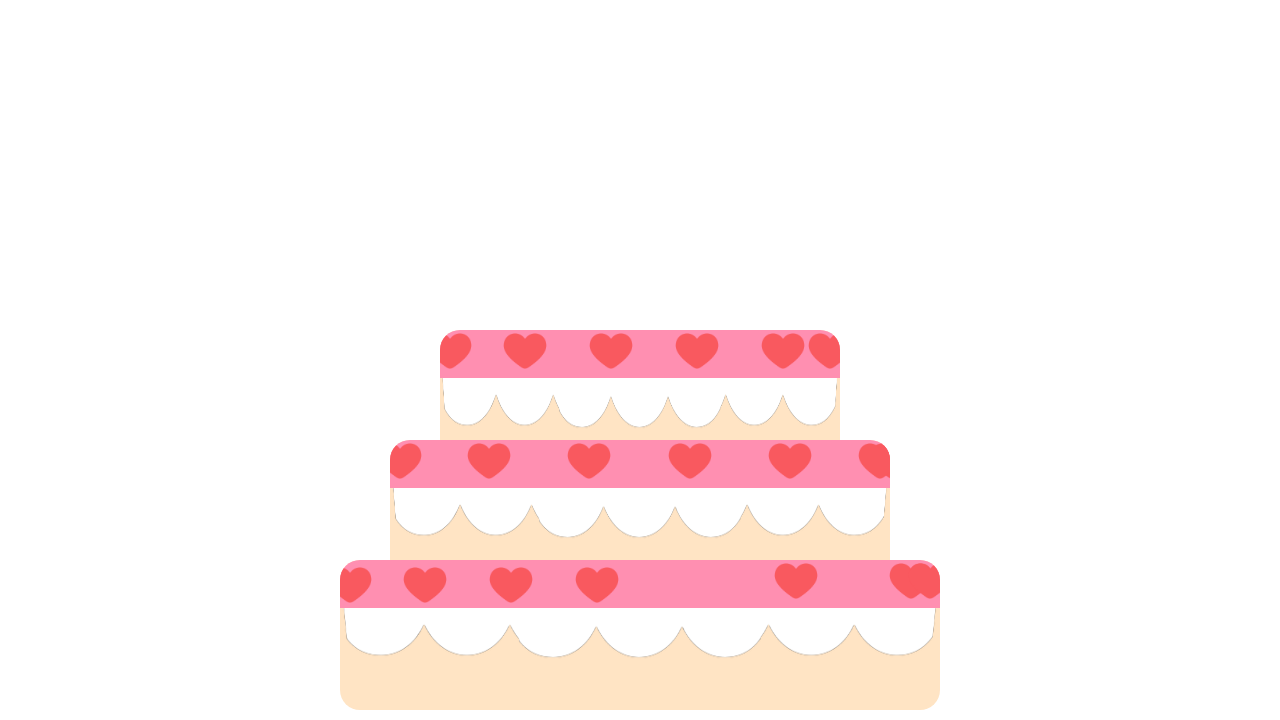
Repository: iphoneboy46/happybirthday
Page: index.html
These files come from the project's save history. The page is drawn as it stood at one moment and after a run of saves; the edit follows.
The browser window is 1280 px wide. The pictures show the whole page.

Above is the page before, as saved 2022-11-28 15:27:42.

### index.html
<!DOCTYPE html>
<html lang="en">
  <head>
    <meta charset="UTF-8" />
    <meta http-equiv="X-UA-Compatible" content="IE=edge" />
    <meta name="viewport" content="width=device-width, initial-scale=1.0" />
    <title>Happy Birthday</title>
    <link rel="stylesheet" href="style.css" />
  </head>
  <body>
    <div class="container">
      <div class="cake">
        <div class="top--cake">
          <div class="img-wavy">
            <img src="image/img1.png" alt="" />
          </div>

          <div class="img-heart-1--top">
            <img src="image/heart.png" alt="" />
          </div>
          <div class="img-heart-2--top">
            <img src="image/heart.png" alt="" />
          </div>
          <div class="img-heart-3--top">
            <img src="image/heart.png" alt="" />
          </div>
          <div class="img-heart-4--top">
            <img src="image/heart.png" alt="" />
          </div>
          <div class="img-heart-5--top">
            <img src="image/heart.png" alt="" />
          </div>
          <div class="img-heart-6--top">
            <img src="image/heart.png" alt="" />
          </div>
          <div class="img-heart-7--top">
            <img src="image/heart.png" alt="" />
          </div>
          <div class="img-heart-8--top">
            <img src="image/heart.png" alt="" />
          </div>

          <div class="border-cake"></div>
        </div>
        <div class="center--cake">
          <div class="img-wavy">
            <img src="image/img1.png" alt="" />
          </div>
          <div class="img-heart-1--center">
            <img src="image/heart.png" alt="" />
          </div>
          <div class="img-heart-2--center">
            <img src="image/heart.png" alt="" />
          </div>
          <div class="img-heart-3--center">
            <img src="image/heart.png" alt="" />
          </div>
          <div class="img-heart-4--center">
            <img src="image/heart.png" alt="" />
          </div>
          <div class="img-heart-5--center">
            <img src="image/heart.png" alt="" />
          </div>
          <div class="img-heart-6--center">
            <img src="image/heart.png" alt="" />
          </div>
          <div class="img-heart-7--center">
            <img src="image/heart.png" alt="" />
          </div>
          <div class="img-heart-8--center">
            <img src="image/heart.png" alt="" />
          </div>

          <div class="border-cake"></div>
        </div>
        <div class="bottom--cake">
          <div class="img-wavy">
            <img src="image/img1.png" alt="" />
          </div>

          <div class="img-heart-1">
            <img src="image/heart.png" alt="" />
          </div>
          <div class="img-heart-2">
            <img src="image/heart.png" alt="" />
          </div>
          <div class="img-heart-3">
            <img src="image/heart.png" alt="" />
          </div>
          <div class="img-heart-4">
            <img src="image/heart.png" alt="" />
          </div>
          <div class="img-heart-5">
            <img src="image/heart.png" alt="" />
          </div>
          <div class="img-heart-6">
            <img src="image/heart.png" alt="" />
          </div>
          <div class="img-heart-7">
            <img src="image/heart.png" alt="" />
          </div>
          <div class="img-heart-8">
            <img src="image/heart.png" alt="" />
          </div>

          <div class="border-cake"></div>
        </div>
      </div>
    </div>
  </body>
</html>

### style.css
*{
    padding: 0;
    margin: 0;
    box-sizing: border-box;
}

.container{
   width: 100%;

   height: 100vh;
   display: flex;
   justify-content: center;
   align-items: flex-end;
}

.cake{
    display: flex;
    flex-direction: column;
    justify-content:center;
    align-items:center
}


.top--cake{
    position: relative;
    overflow: hidden;
    width: 400px;
    height:110px;
    background-color: bisque;
    border-top-left-radius:20px;
    border-top-right-radius:20px;

}



.center--cake{
    position: relative;
    overflow: hidden;
    width: 500px;
    height:120px;
    background-color: bisque;
    border-top-left-radius:20px;
    border-top-right-radius:20px;

}


.bottom--cake{
    position: relative;
    overflow: hidden;
    width: 600px;
    height:150px;
    background-color: bisque;
    border-radius:20px;
    margin-bottom: 10px;
}



.img-wavy{
    width: 100%;
    height: 100px;
}

.img-wavy img{
    width: 100%;
    height: 100%;
}

.img-heart-1{
    z-index: 3;
    position: absolute;
    top: 0px;
    left: -15px;
    width:50px;
    height:50px;
}


.img-heart-1 img{
    width: 100%;
    height: 100%;
}

.img-heart-2{
    z-index: 3;
    position: absolute;
    top: 0px;
    left: 60px;
    width:50px;
    height:50px;
}


.img-heart-2 img{
    width: 100%;
    height: 100%;
}


.img-heart-3{
    z-index: 3;
    position: absolute;
    top: 0px;
    left: 146px;
    width:50px;
    height:50px;
}


.img-heart-3 img{
    width: 100%;
    height: 100%;
}

.img-heart-4{
    z-index: 3;
    position: absolute;
    top: 0px;
    left: 232px;
    width:50px;
    height:50px;
}


.img-heart-4 img{
    width: 100%;
    height: 100%;
}

.img-heart-5{
    z-index: 3;
    position: absolute;
    top: -4px;
    left: 431px;
    width:50px;
    height:50px;
}


.img-heart-5 img{
    width: 100%;
    height: 100%;
}

.img-heart-6{
    z-index: 3;
    position: absolute;
    top: -4px;
    left: 546px;
    width:50px;
    height:50px;
}


.img-heart-6 img{
    width: 100%;
    height: 100%;
}

.img-heart-7{
    z-index: 3;
    position: absolute;
    top: -4px;
    left: 661px;
    width:50px;
    height:50px;
}


.img-heart-7 img{
    width: 100%;
    height: 100%;
}

.img-heart-8{
    z-index: 3;
    position: absolute;
    top: -4px;
    right: -15px;
    width:50px;
    height:50px;
}


.img-heart-8 img{
    width: 100%;
    height: 100%;
}



.border-cake{
    z-index: 2;
    position: absolute;
    top: 0;
    width: 100%;
    height: 48px;
    background-color: #FF8FB1;
}


.img-heart-1--center{
    z-index: 3;
    position: absolute;
    top: -4px;
    left: -15px;
    width:50px;
    height:50px;
}


.img-heart-1--center img{
    width: 100%;
    height: 100%;
}

.img-heart-2--center{
    z-index: 3;
    position: absolute;
    top: -4px;
    left: 74px;
    width:50px;
    height:50px;
}


.img-heart-2--center img{
    width: 100%;
    height: 100%;
}


.img-heart-3--center{
    z-index: 3;
    position: absolute;
    top: -4px;
    left: 174px;
    width:50px;
    height:50px;
}


.img-heart-3--center img{
    width: 100%;
    height: 100%;
}

.img-heart-4--center{
    z-index: 3;
    position: absolute;
    top: -4px;
    left: 275px;
    width:50px;
    height:50px;
}


.img-heart-4--center img{
    width: 100%;
    height: 100%;
}

.img-heart-5--center{
    z-index: 3;
    position: absolute;
    top: -4px;
    left: 375px;
    width:50px;
    height:50px;
}


.img-heart-5--center img{
    width: 100%;
    height: 100%;
}

.img-heart-6--center{
    z-index: 3;
    position: absolute;
    top: -4px;
    left: 477px;
    width:50px;
    height:50px;
}


.img-heart-6--center img{
    width: 100%;
    height: 100%;
}

.img-heart-7--center{
    z-index: 3;
    position: absolute;
    top: -4px;
    left: 577px;
    width:50px;
    height:50px;
}


.img-heart-7--center img{
    width: 100%;
    height: 100%;
}

.img-heart-8--center{
    z-index: 3;
    position: absolute;
    top: -4px;
    right: -15px;
    width:50px;
    height:50px;
}


.img-heart-8--center img{
    width: 100%;
    height: 100%;
}


.img-heart-1--top{
    z-index: 3;
    position: absolute;
    top: -4px;
    left: -15px;
    width:50px;
    height:50px;
}


.img-heart-1--top img{
    width: 100%;
    height: 100%;
}

.img-heart-2--top{
    z-index: 3;
    position: absolute;
    top: -4px;
    left: 60px;
    width:50px;
    height:50px;
}


.img-heart-2--top img{
    width: 100%;
    height: 100%;
}


.img-heart-3--top{
    z-index: 3;
    position: absolute;
    top: -4px;
    left: 146px;
    width:50px;
    height:50px;
}


.img-heart-3--top img{
    width: 100%;
    height: 100%;
}

.img-heart-4--top{
    z-index: 3;
    position: absolute;
    top: -4px;
    left: 232px;
    width:50px;
    height:50px;
}


.img-heart-4--top img{
    width: 100%;
    height: 100%;
}

.img-heart-5--top{
    z-index: 3;
    position: absolute;
    top: -4px;
    left: 318px;
    width:50px;
    height:50px;
}


.img-heart-5--top img{
    width: 100%;
    height: 100%;
}

.img-heart-6--top{
    z-index: 3;
    position: absolute;
    top: -4px;
    left: 406px;
    width:50px;
    height:50px;
}


.img-heart-6--top img{
    width: 100%;
    height: 100%;
}

.img-heart-7--top{
    z-index: 3;
    position: absolute;
    top: -4px;
    left: 492px;
    width:50px;
    height:50px;
}


.img-heart-7--top img{
    width: 100%;
    height: 100%;
}

.img-heart-8--top{
    z-index: 3;
    position: absolute;
    top: -4px;
    right: -15px;
    width:50px;
    height:50px;
}


.img-heart-8--top img{
    width: 100%;
    height: 100%;
}

After the next 2 saves:
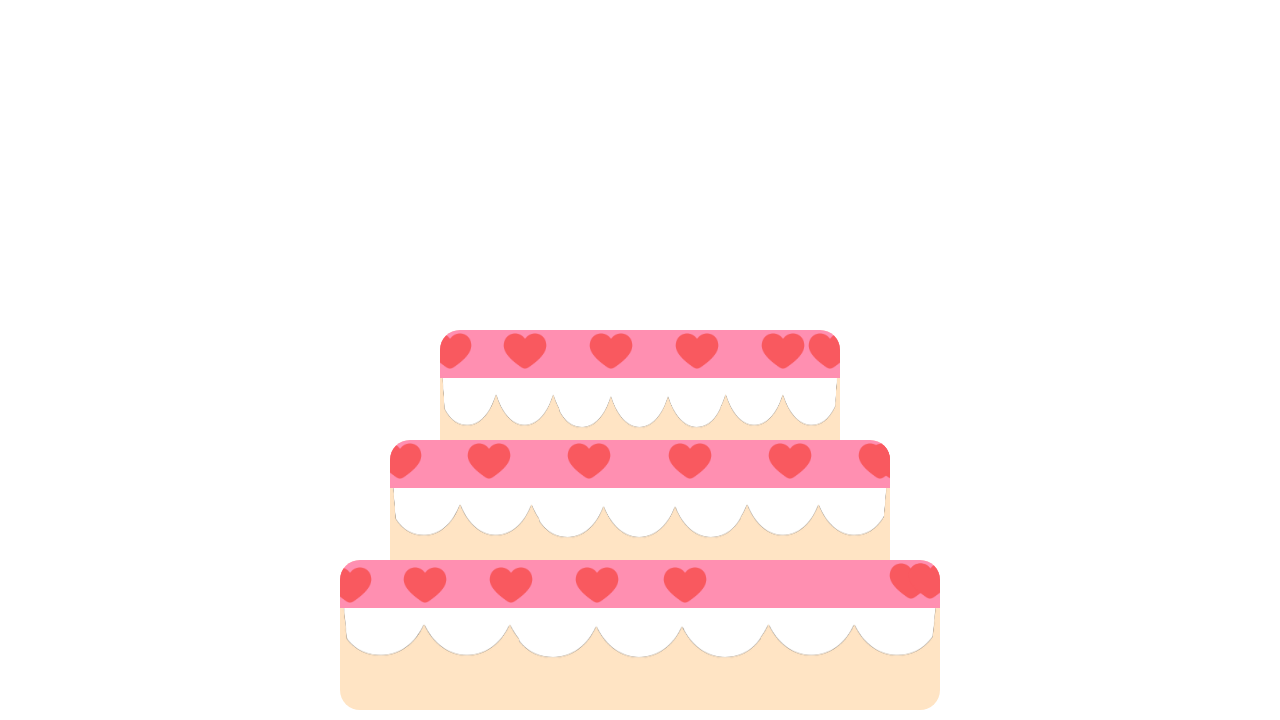
The 2 saves are shown as one change because they came seconds apart.
The last was saved 29 s later.
--- a/style.css
+++ b/style.css
@@ -132,8 +132,8 @@
 .img-heart-5{
     z-index: 3;
     position: absolute;
-    top: -4px;
-    left: 431px;
+    top: 0px;
+    left: 320px;
     width:50px;
     height:50px;
 }
